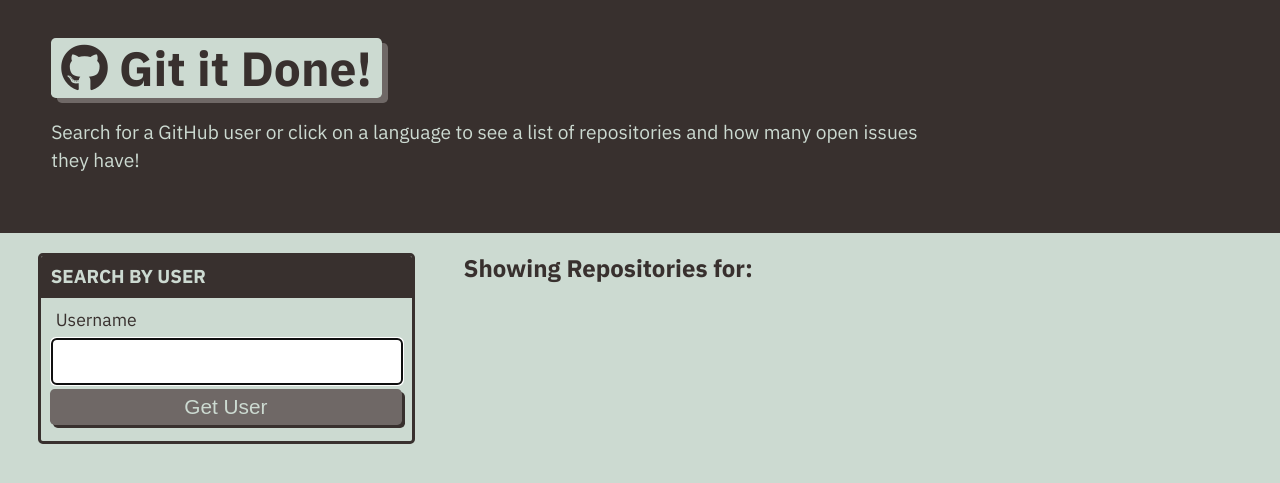
Repository: Brookethorson/git-it-done
Page: index.html
The author's editor kept a copy of each file at every save. The page is drawn from the files as they stood at one save, then again after the next save.
The browser window is 1280 px wide. The pictures show the whole page.
Some web libraries are served in a nearby version.

Above is the page before, as saved 2021-09-04 17:38:18.

After the next save:
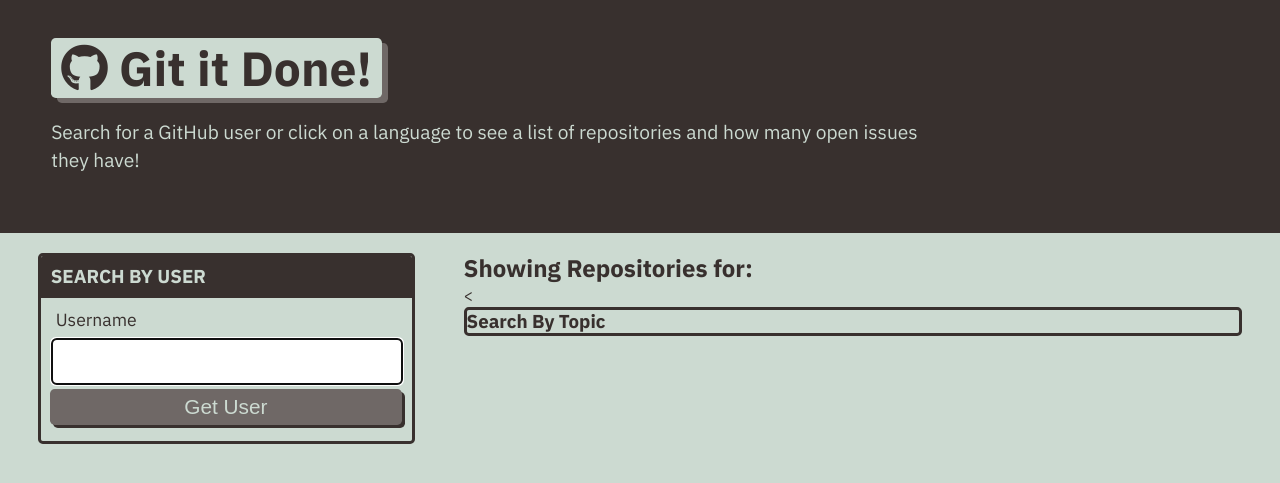
Saved 5 s later.
--- a/index.html
+++ b/index.html
@@ -38,7 +38,9 @@
       <h2 class="subtitle">Showing Repositories for: <span id="repo-search-term"></span></h2>
       <div id="repos-container" class="list-group">
 
-
+  < <div class="card">
+    <h3>Search By Topic</h3>
+  </div>
 
       </div>
     </div>
